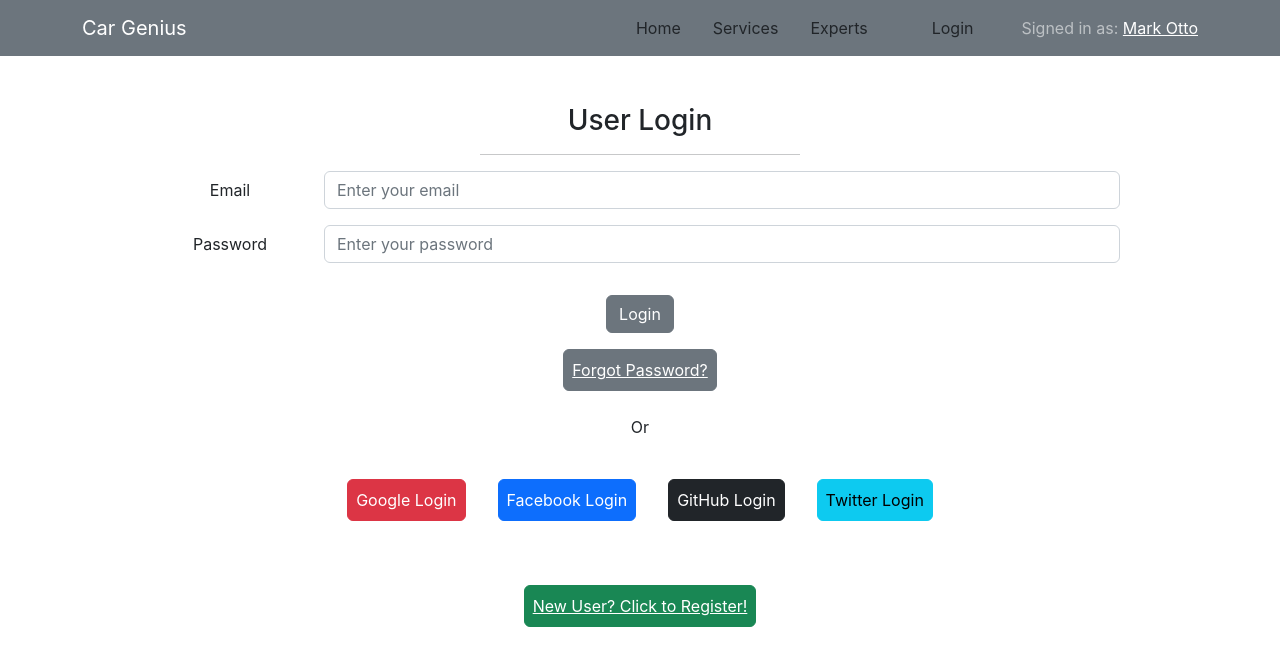
Repository: Sharif-00112/genius-car-service-client
Page: /booking/1
An editor plug-in stored every save of this project. The page is shown before and after a run of saves, followed by the edit.
The browser window is 1280 px wide. The pictures show the whole page.
The project was rebuilt for these pictures with package versions that can differ from the ones it lists, and the page was loaded fresh each time. Also part of the build but not shown: src/Pages/Home/Banner/Banner.js, src/Pages/Home/Expert/Expert.js, src/Pages/Home/Experts/Experts.js, src/Pages/Home/Service/Service.css, src/Pages/Home/Service/Service.js, src/Pages/Home/Services/Services.css, src/Pages/Home/Services/Services.js, src/Pages/Home/Home/Home.js and 3 more.

Above is the page before, as saved 2022-09-08 13:03:30.

After the next 2 saves:
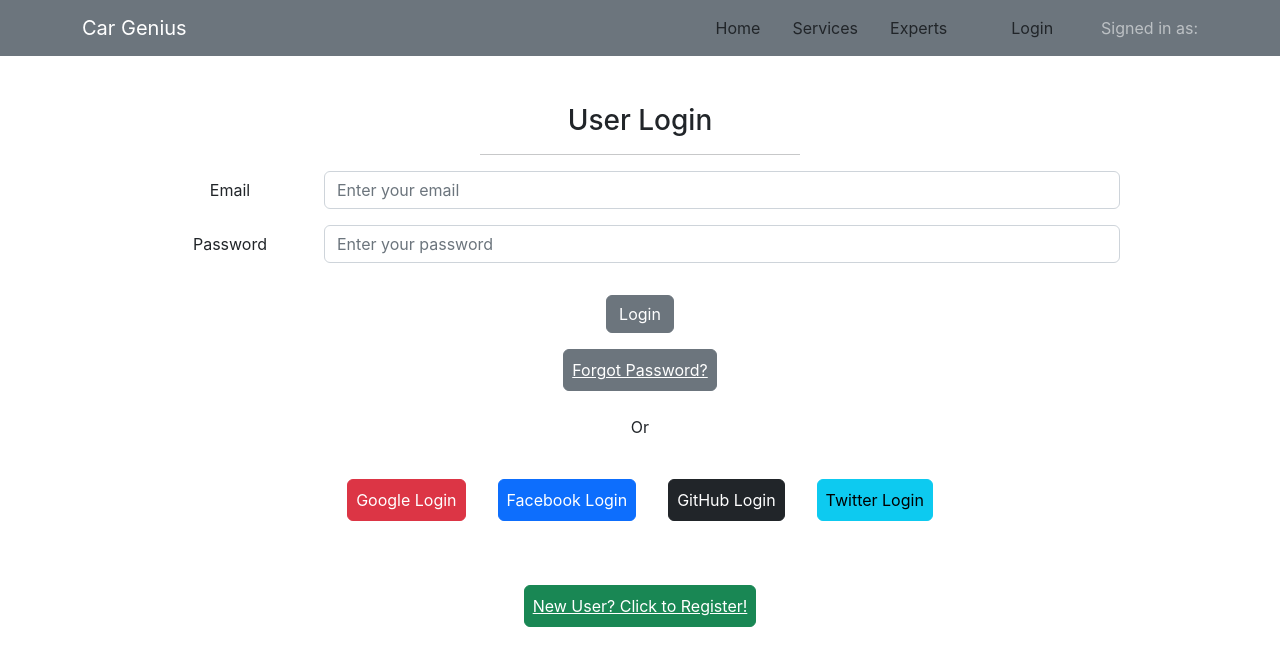
The 2 saves are shown as one change because 1 did not build or start.
The last was saved 10 min 1 s later.
--- a/src/Pages/Shared/Header/Header.js
+++ b/src/Pages/Shared/Header/Header.js
@@ -2,8 +2,10 @@ import React from 'react';
 import { Container, Nav, Navbar } from 'react-bootstrap';
 // import logo from '../../../images/logo.png'
 import { Link } from 'react-router-dom';
+import useAuth from '../../Login/hooks/useAuth';
 
 const Header = () => {
+    const {user, logout} = useAuth();
     return (
         <>
             <Navbar collapseOnSelect expand="lg" bg="secondary" variant="dark" sticky='top'>
@@ -17,10 +19,12 @@ const Header = () => {
                         <Nav.Link as={Link} to="/home#home" className='mx-3'>Home</Nav.Link>
                         <Nav.Link as={Link} to="/home#services" className='mx-3'>Services</Nav.Link>
                         <Nav.Link as={Link} to="/home#experts" className='mx-3'>Experts</Nav.Link>
-                        <Nav.Link as={Link} to="/login" className='mx-5'>Login</Nav.Link>
-
+                        {user.email ?
+                            <button>Logout</button> :
+                            <Nav.Link as={Link} to="/login" className='mx-5'>Login</Nav.Link>
+                        }
                         <Navbar.Text>
-                            Signed in as: <a href="#login">Mark Otto</a>
+                            Signed in as: <a href="#login">{user?.displayName}</a>
                         </Navbar.Text>
                     </Navbar.Collapse>
                 </Container>
